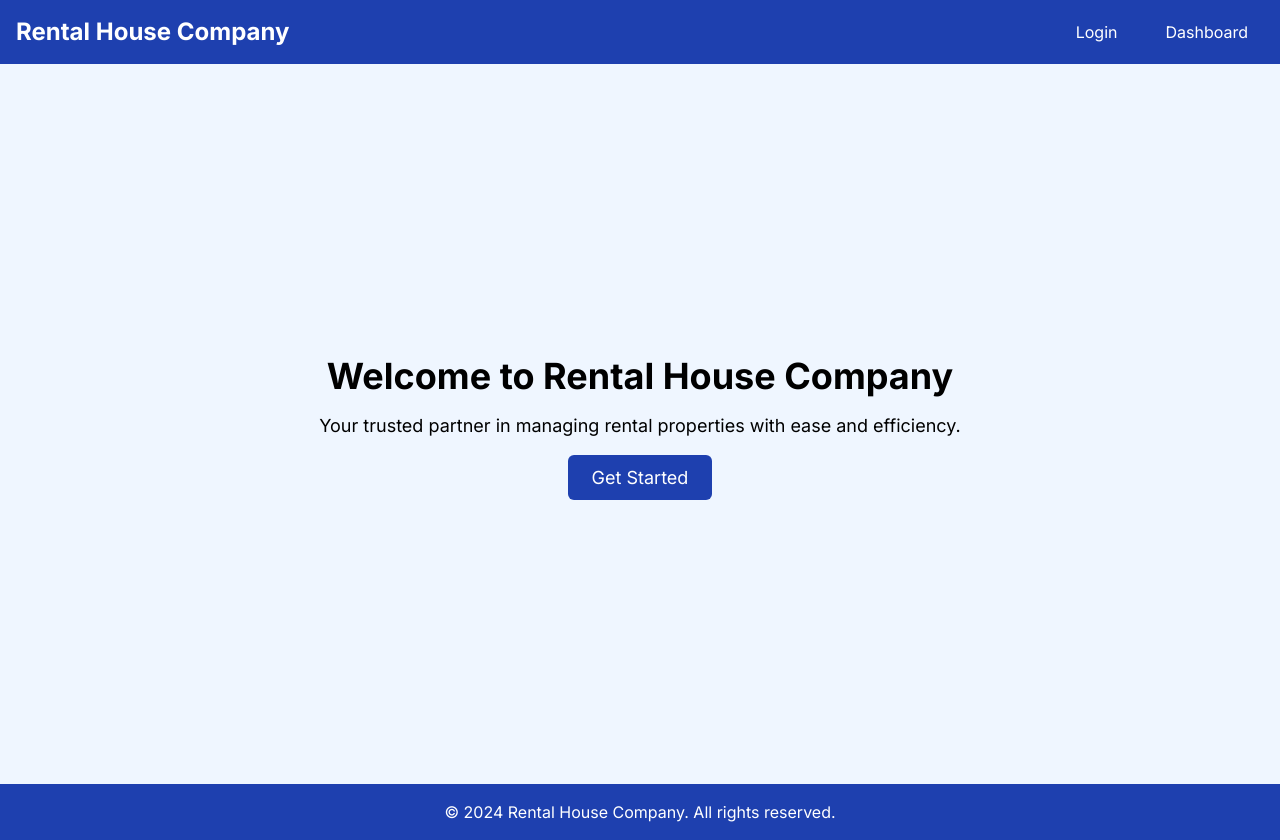
Repository: NassimeElkamari/Horizon-Housing
Page: /
The author's editor kept a copy of each file at every save. The page is drawn from the files as they stood at one save, then again after a run of saves.
The browser window is 1280 px wide. The pictures show the whole page.
The project was rebuilt for these pictures with package versions that can differ from the ones it lists, and the page was loaded fresh each time. The framework's server and built-in components were replaced by stand-ins that run in the browser. Also part of the build but not shown: next.config.mjs.

Above is the page before, as saved 2024-08-28 21:06:29.

### src/app/page.tsx
import Link from 'next/link';

const HomePage = () => {
  return (
    <div className="min-h-screen bg-gray-100">
      <header className="bg-blue-800 text-white p-4">
        <div className="container mx-auto flex justify-between items-center">
          <h1 className="text-2xl font-bold">Rental House Company</h1>
          <nav>
            <ul className="flex space-x-4">
              <li>
                <Link href="/login">
                  <a className="hover:bg-blue-700 px-4 py-2 rounded-md">Login</a>
                </Link>
              </li>
              <li>
                <Link href="/dashboard">
                  <a className="hover:bg-blue-700 px-4 py-2 rounded-md">Dashboard</a>
                </Link>
              </li>
            </ul>
          </nav>
        </div>
      </header>

      <main className="flex flex-col items-center justify-center min-h-screen bg-blue-50">
        <div className="text-center p-6">
          <h2 className="text-4xl font-bold mb-4">Welcome to Rental House Company</h2>
          <p className="text-lg mb-6">Your trusted partner in managing rental properties with ease and efficiency.</p>
          <Link href="/dashboard">
            <a className="bg-blue-800 text-white px-6 py-3 rounded-md text-lg hover:bg-blue-700">Get Started</a>
          </Link>
        </div>
      </main>

      <footer className="bg-blue-800 text-white p-4">
        <div className="container mx-auto text-center">
          <p>&copy; {new Date().getFullYear()} Rental House Company. All rights reserved.</p>
        </div>
      </footer>
    </div>
  );
};

export default HomePage;

Loaded but not shown: src/app/layout.tsx (common file); src/app/globals.css (common file); tailwind.config.ts (common file)

After the next 2 saves:
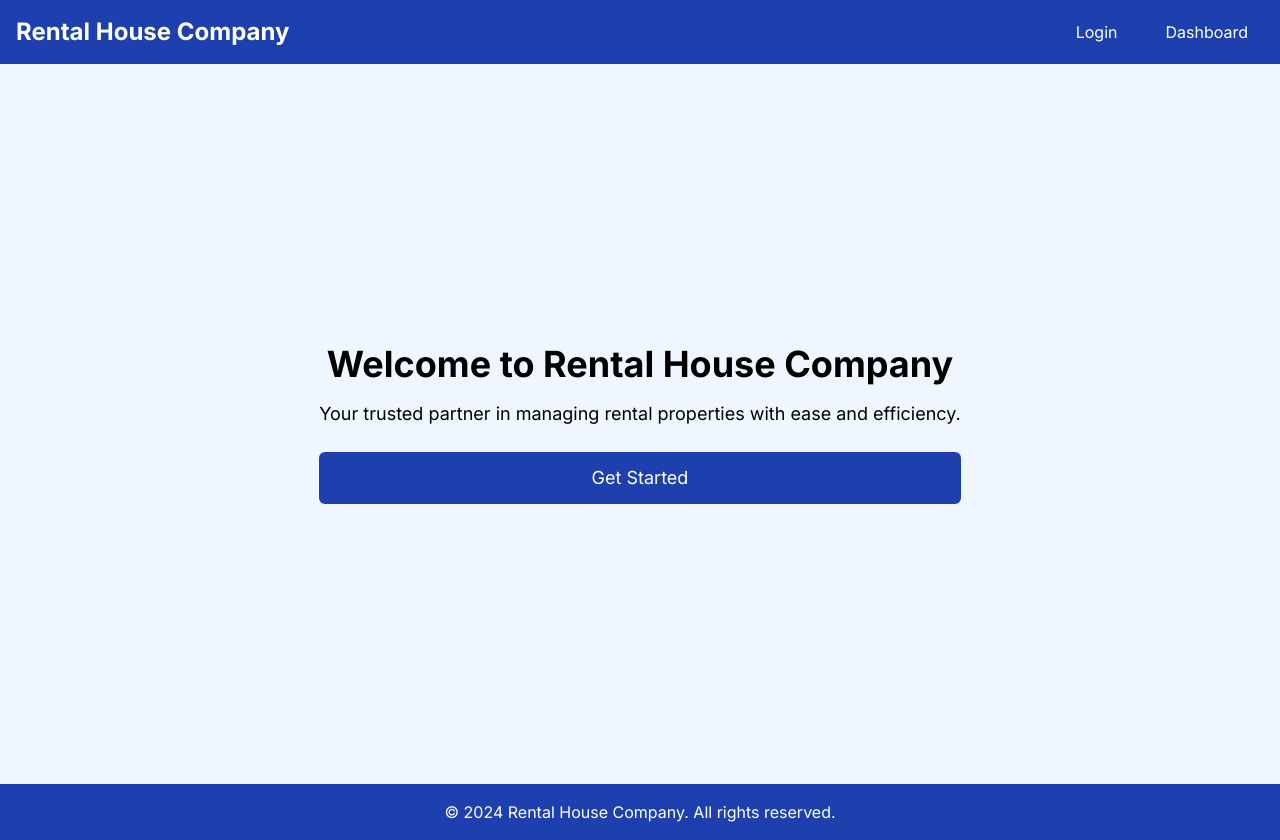
The 2 saves are shown as one change because they came seconds apart.
The last was saved 30 s later.
--- a/src/app/page.tsx
+++ b/src/app/page.tsx
@@ -28,7 +28,7 @@ const HomePage = () => {
           <h2 className="text-4xl font-bold mb-4">Welcome to Rental House Company</h2>
           <p className="text-lg mb-6">Your trusted partner in managing rental properties with ease and efficiency.</p>
           <Link href="/dashboard">
-            <a className="bg-blue-800 text-white px-6 py-3 rounded-md text-lg hover:bg-blue-700">Get Started</a>
+            <p className="bg-blue-800 text-white px-6 py-3 rounded-md text-lg hover:bg-blue-700">Get Started</p>
           </Link>
         </div>
       </main>
